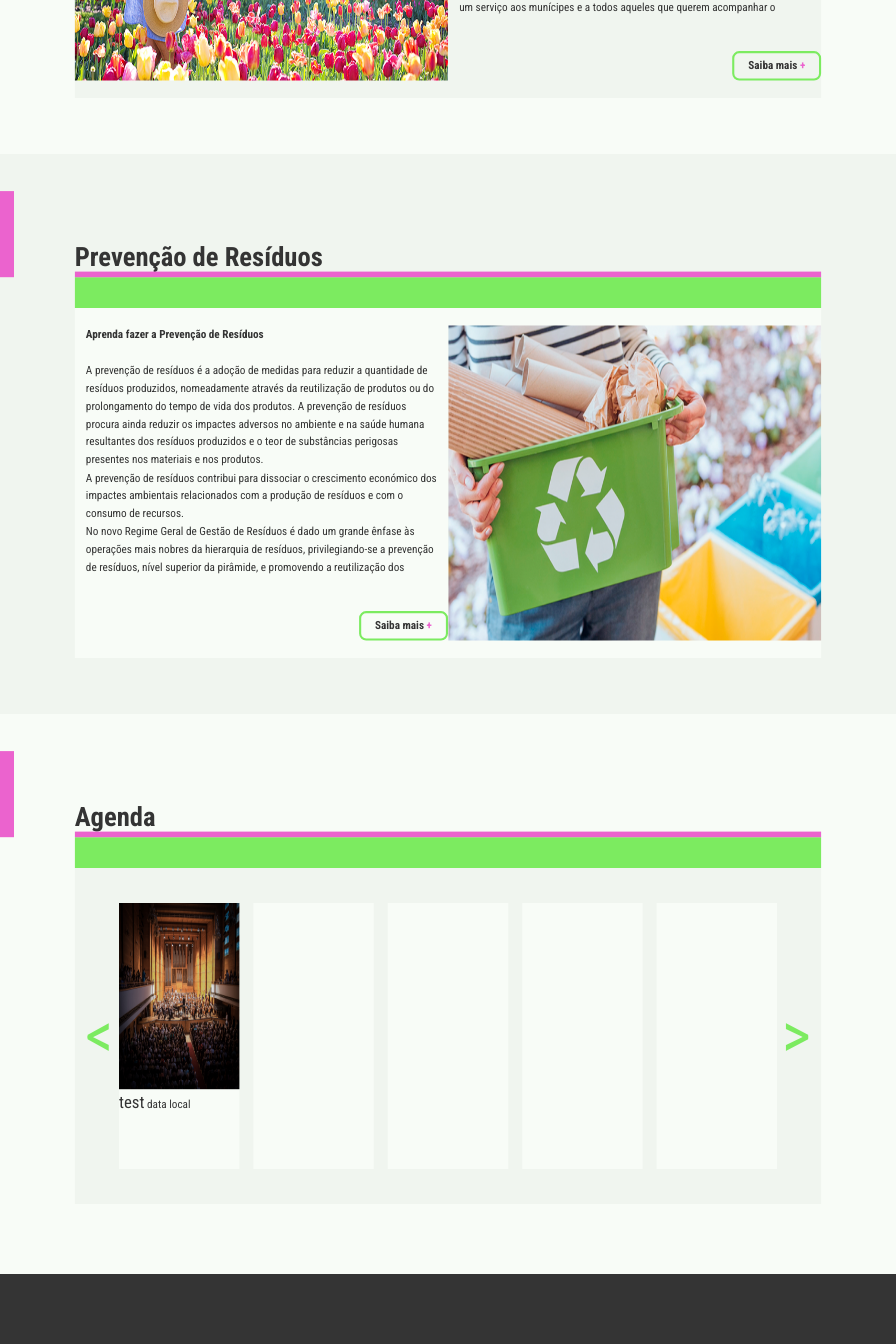
Repository: Goulart94/CmVilaFeliz
Page: index.html
An editor plug-in stored every save of this project. The page is shown before and after the next save, followed by the edit.
The browser window is 1280 px wide. The pictures show the part of the page from y = 3640 to 5560 px (the page is 5560 px tall), at 70% of full size.
The style sheet was rebuilt from its Sass, Less or Tailwind sources for each picture, by a compiler version that may differ from the author's.

Above is the page before, as saved 2022-05-16 14:42:27.

After the next save:
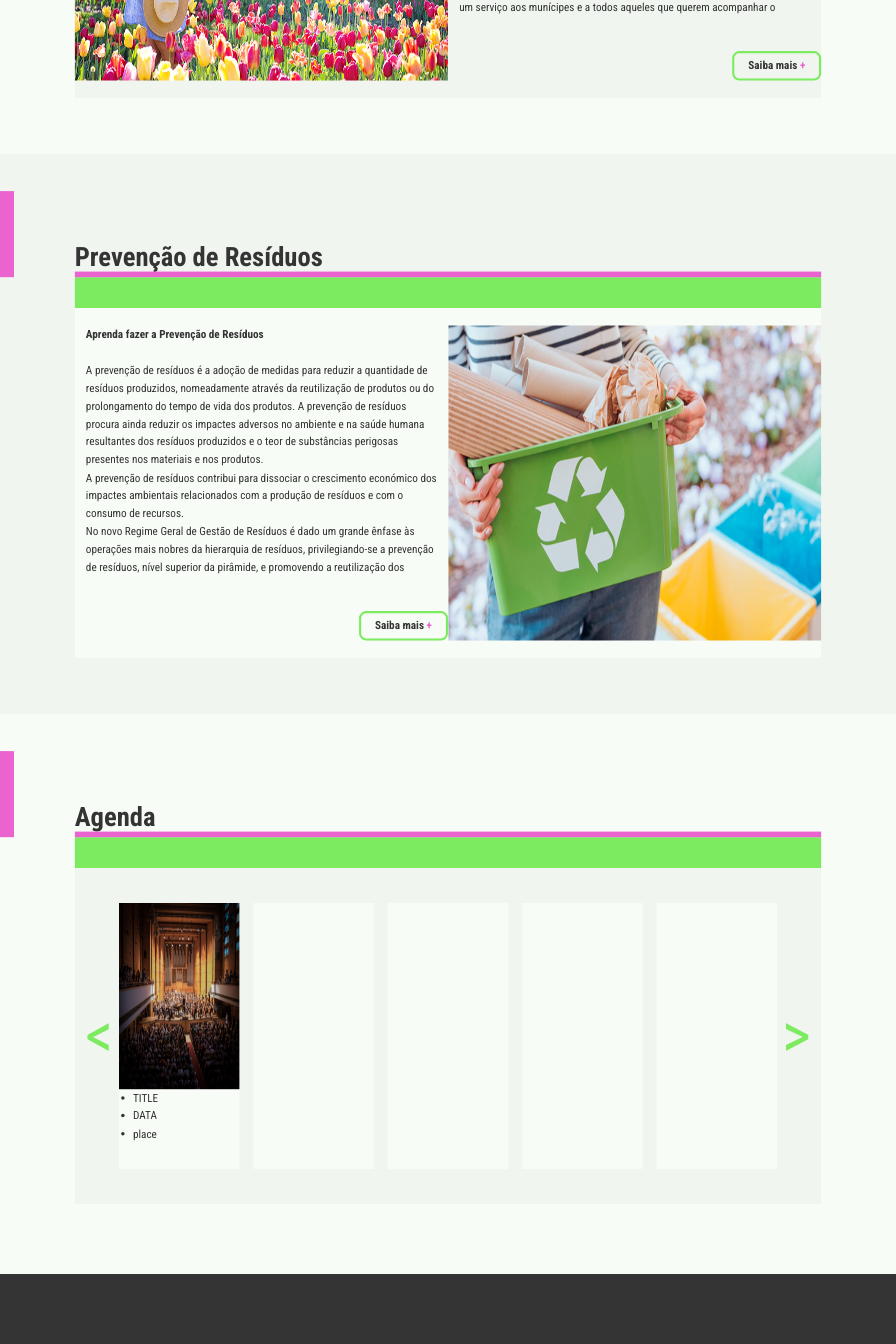
Saved 95 s later.
--- a/index.html
+++ b/index.html
@@ -374,9 +374,11 @@
                 <div class="news">
                    <img src="./images/teste1.jpg" alt=" news">
                    <div>
-                     <span class="title">test</span>
-                     <span>data</span>
-                     <span>local</span>
+                     <ul>
+                       <li>TITLE</li>
+                       <li>DATA</li>
+                       <li>place</li>
+                     </ul>
                    </div>
 
 
